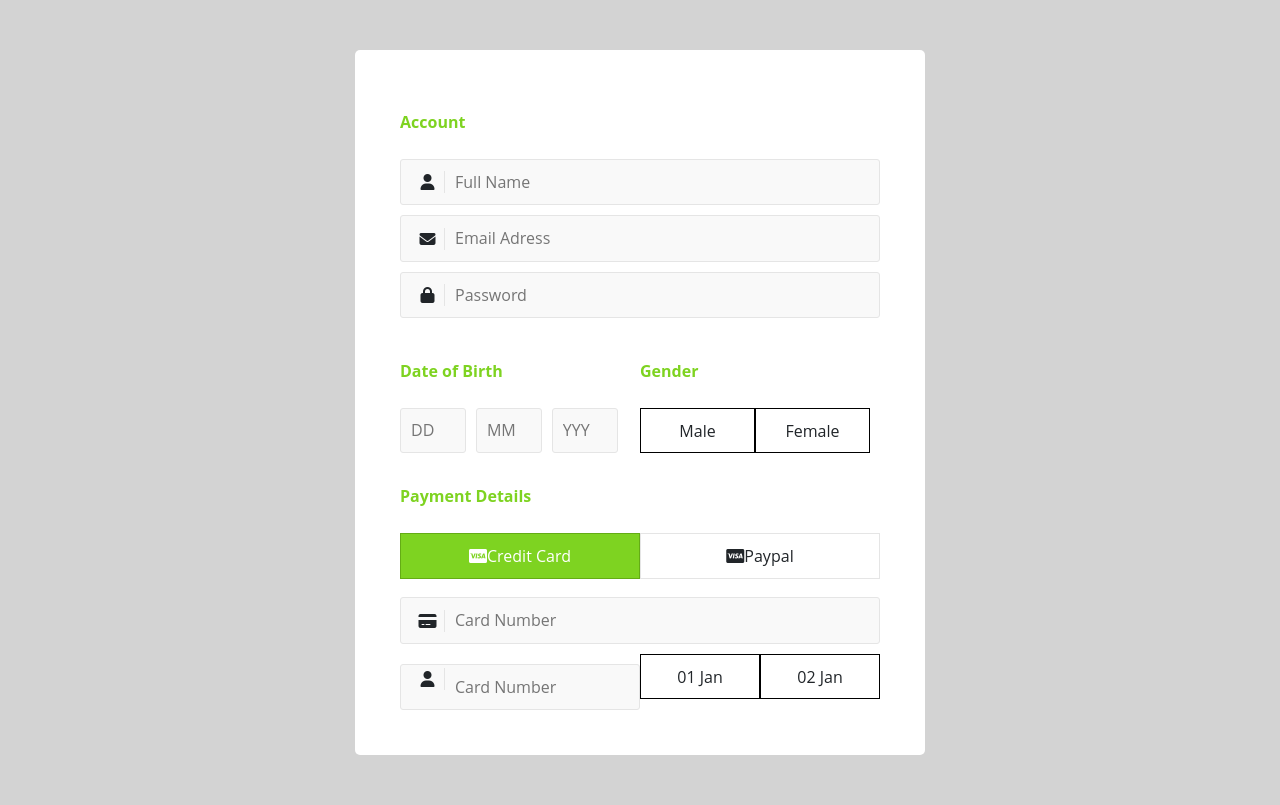
Repository: letrongtinh27/LapTrinhWeb
Page: Payment/index.html
The author's editor kept a copy of each file at every save. The page is drawn from the files as they stood at one save, then again after a run of saves.
The browser window is 1280 px wide. The pictures show the whole page.

Above is the page before, as saved 2022-10-11 22:05:18.

After the next 2 saves:
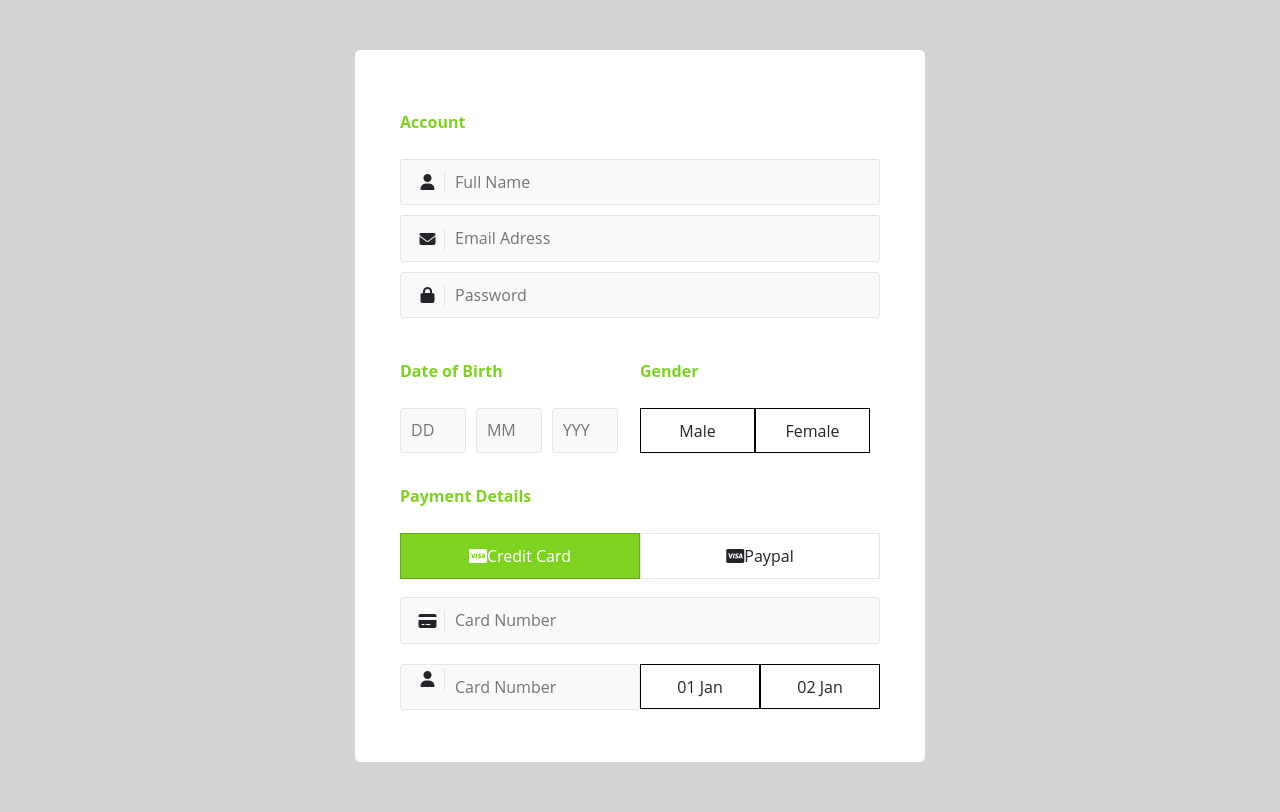
The 2 saves are shown as one change because they came seconds apart.
The last was saved 15 s later.
--- a/Payment/index.html
+++ b/Payment/index.html
@@ -75,7 +75,7 @@
                     <i class="fa-solid fa-user"></i>
                 </div>
             </div>
-            <div class="input-group" style="width: 50%; float: right;">
+            <div class="input-group" style="width: 50%; float: right; margin-top: 10px;">
                 <input type="radio" name="day" value="01-jan" id="01-jan" class="radio-input">
                 <label for="01-jan">01 Jan</label>
                 <input type="radio" name="day" id="02-jan" value="02-jan"
